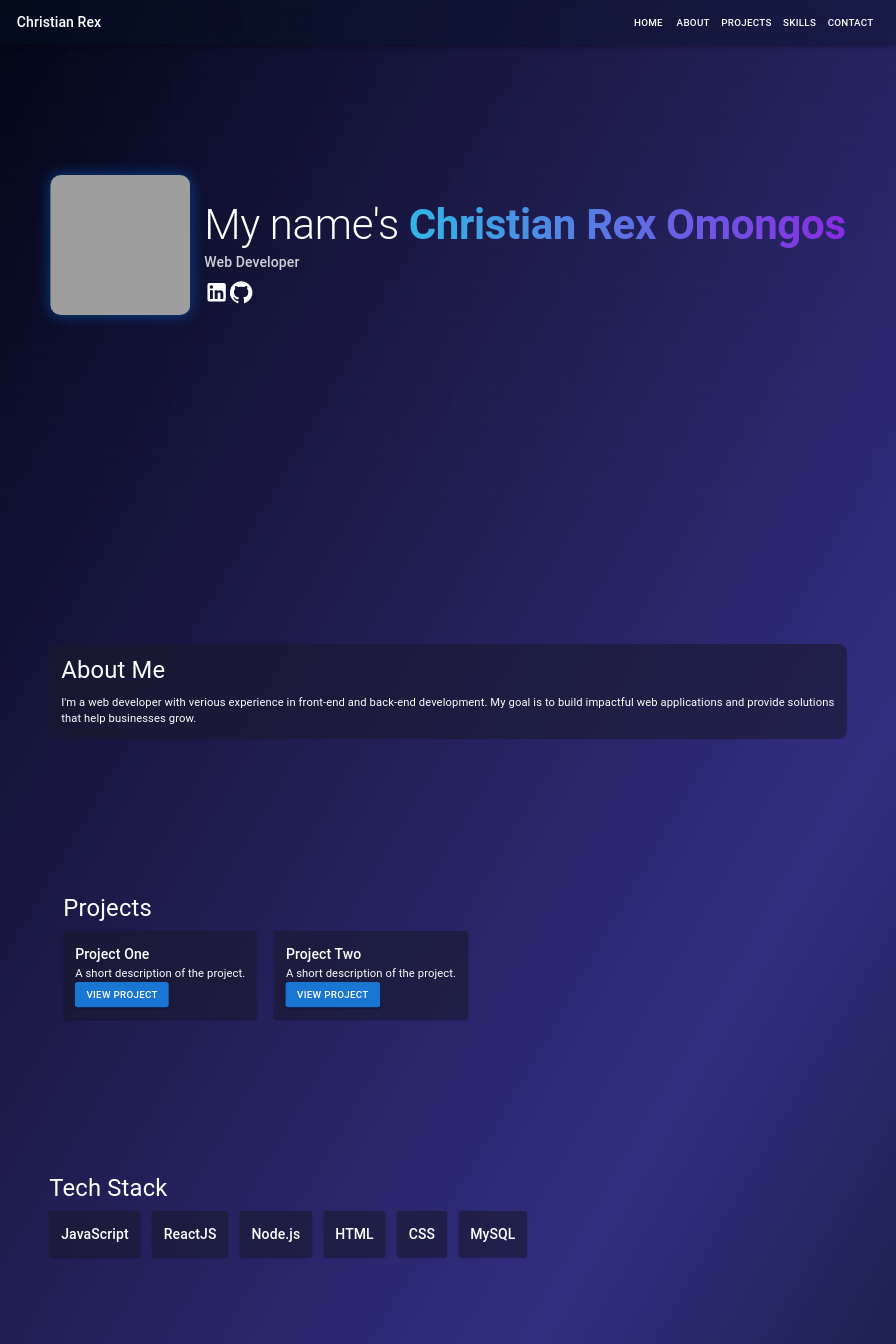
Repository: mikeshadowcoder/myWeb
Page: /
These files come from the project's save history. The page is drawn as it stood at one moment and after a run of saves; the edit follows.
The browser window is 1280 px wide. The pictures show the part of the page from y = 0 to 1920 px (the page is 2643 px tall), at 70% of full size.
Pictures or frames that could not be fetched are drawn as grey boxes. The project was rebuilt for these pictures with package versions that can differ from the ones it lists, and the page was loaded fresh each time.

Above is the page before, as saved 2026-01-21 20:55:59.

### src/index.js
import React from 'react';
import ReactDOM from 'react-dom/client';
import './index.css';
import App from './App';
import 'bootstrap/dist/css/bootstrap.min.css';
import "./styles/global.css";

const root = ReactDOM.createRoot(document.getElementById('root'));
root.render(
  <React.StrictMode>
    <App />
  </React.StrictMode>
);

### src/App.js
import React, {useRef} from 'react';
//import { BrowserRouter as Router, Route, Routes } from 'react-router-dom';
import Header from './components/Header';
import Home from './components/Home';
import AboutMe from './components/AboutMe';
import Content from './components/Content';
import Skills from './components/Skills';
import Contact from './components/Contact';
import Footer from './components/Footer';
import Box from '@mui/material/Box';
import BackgroundShapes from './components/BackgroundShapes'


const App = () => {
  const homeRef = useRef(null);
  const aboutRef = useRef(null);
  const contentRef = useRef(null);
  const skillsRef = useRef(null);
  const contactRef = useRef(null);

  // Function to handle smooth scrolling
  const scrollToSection = (ref) => {
    const headerOffset = 200; // Adjust based on your AppBar height (default MUI AppBar is ~64px)
    const elementPosition = ref.current.getBoundingClientRect().top + window.scrollY;
    const offsetPosition = elementPosition - headerOffset;

    window.scrollTo({
      top: offsetPosition,
      behavior: "smooth",
    });
  };


  return (
    <div>
      {/* Pass the scroll function to Header for navigation */}
      <BackgroundShapes/>
      <Header
        onScrollToSection={{
          home: () => scrollToSection(homeRef),
          about: () => scrollToSection(aboutRef),
          content: () => scrollToSection(contentRef),
          skills: () => scrollToSection(skillsRef),
          contact: () => scrollToSection(contactRef),
        }}
      />
      <Box sx={{
        maxWidth: "89%",
        margin: "auto",
        // border: "2px solid red"
      }}>
       {/* Sections with attached refs */}
      <section ref={homeRef}>
        <Home />
      </section>

       <section ref={aboutRef}>
        <AboutMe />
      </section>

      <section ref={contentRef}>
        <Content />
      </section>

      <section ref={skillsRef}>
        <Skills />
      </section>

      <section ref={contactRef}>
        <Contact />
      </section>
      </Box>
      <section>
        <Footer/>
      </section>
    </div>
  );
};

export default App;

### src/styles/global.css
body {
    min-height: 100vh;
    background:
      linear-gradient(120deg, #020617, #1e1b4b, #312e81, #0f172a);
    background-size: 100% 100%;
    color: white;
    margin: 0;
    padding: 0;
    font-family: 'Arial', sans-serif;
  }


.gradient-text {
  background: linear-gradient(90deg, rgb(50, 182, 230), rgb(138, 43, 226)); /* Customize here */
  -webkit-background-clip: text;
  background-clip: text;
  -webkit-text-fill-color: transparent;
  color: transparent;
}

### src/components/Header.js
import React from 'react';
import { AppBar, Toolbar, Typography, Button } from '@mui/material';
import "../styles/header.css";
//import { Link } from 'react-router-dom';

const Header = ({onScrollToSection}) => {
  return (
    <AppBar className="header">
      <Toolbar>
        <Typography variant="h6" sx={{flexGrow:1}}>
          Christian Rex
        </Typography>
        <Button color="inherit" onClick={onScrollToSection.home}>Home</Button>
        <Button color="inherit" onClick={onScrollToSection.about}>About</Button>
        <Button color="inherit" onClick={onScrollToSection.content}>Projects</Button>
        <Button color="inherit" onClick={onScrollToSection.skills}>Skills</Button>
        <Button color="inherit" onClick={onScrollToSection.contact}>Contact</Button>
      </Toolbar>
    </AppBar>
  )
};

export default Header;

### src/components/Home.js
import React from "react";
import { Box, Typography, Button } from "@mui/material";
import LinkedInIcon from "@mui/icons-material/LinkedIn";
import GitHubIcon from "@mui/icons-material/GitHub";
// import FacebookIcon from "@mui/icons-material/Facebook";
import profilePic from "../assets/images/profilePic.jpg";

const Home = () => {
  return (
    <Box
      sx={{
        display: "flex",
        alignItems: "center",
        justifyContent: "center",
        minHeight: "100vh",
        color: "white",
        width: "100%",
        textAlign: "center",
      }}
    >
      <Box
        sx={{
          display: "flex",
          alignItems: "center",
          gap: "20px", // Space between image and text
          flexWrap: "wrap", // Ensures responsiveness
        }}
      >
      {/* Profile Image */}
      <Box
        component="img"
        src={profilePic} //Profile Picture
        alt="Profile"
        sx={{
          width: "200px",
          height: "200px",
          borderRadius: "15px",
          boxShadow: "0 0 20px rgba(0, 123, 255, 0.5)",
          marginBottom: "20px",
          objectFit: "cover"
        }}
      />

      {/* Text Section */}
      <Box sx={{ textAlign: "left"}}>
        <Typography variant="h2">
          My name's {" "}
          <Typography variant="h2" component="span" className="gradient-text" sx={{ fontWeight: "bold" }}>Christian Rex Omongos</Typography>
        </Typography>

        <Typography variant="h6" sx={{ marginBottom: "10px", opacity: 0.8 }}>
          Web Developer
        </Typography>

        {/* Social Media Icons */}
        <Box sx={{ display: "flex",}}>
          <Button href="https://linkedin.com/in/christianrex/" target="_blank" sx={{ color: "white", minWidth: 0, padding: 0 }}>
            <LinkedInIcon fontSize="large" />
          </Button>
          <Button href="https://github.com/mikeshadowcoder" target="_blank" sx={{ color: "white", minWidth: 0, padding: 0 }}>
            <GitHubIcon fontSize="large" />
          </Button>
        </Box>
      </Box>
    </Box>
  </Box>
  );
};

export default Home;

### src/components/AboutMe.js
import React from 'react';
import { Typography, Box } from '@mui/material';
import "../styles/boxStyling.css"

const AboutMe = () => {

  return (
    <Box sx={{ mt: 25, mb: 25, width: "100%" }}>
      <Box className="box-container">
        <Typography variant="h4" gutterBottom>About Me</Typography>
          <Typography>
            I'm a web developer with verious experience in front-end and back-end development.
            My goal is to build impactful web applications and provide solutions that
            help businesses grow.
          </Typography>
      </Box>
    </Box>
  );
};

export default AboutMe;

### src/components/Content.js
import React from 'react';
import { Grid2, Paper, Typography, Button, Box } from '@mui/material';
// import MacWindowHeader from './UI/MacWindowHeader';
import "../styles/boxStyling.css";

const Content = () => {
  const projects = [
    {
      title: 'Project One',
      description: 'A short description of the project.',
      link: 'https://github.com/your-repo/project-one',
    },
    {
      title: 'Project Two',
      description: 'A short description of the project.',
      link: 'https://github.com/your-repo/project-two',
    },
    // Add more projects here
  ];

  return (
  <Box>
    {/* <MacWindowHeader/> */}
    <Box sx={{ padding: "20px"}}>

        <Typography variant="h4" gutterBottom>Projects</Typography>
        <Grid2 container spacing={3}>
          {projects.map((project, index) => (
            <Grid2 item xs={12} sm={6} key={index}>
              <Paper className='box-container' sx={{ padding: 2, bgcolor: 'rgba(26, 26, 46, 0.6)', color: 'rgba(255, 255, 255, 1)'}}>
                <Typography variant="h6">{project.title}</Typography>
                <Typography>{project.description}</Typography>
                <Button variant="contained" href={project.link} target="_blank">
                  View Project
                </Button>
              </Paper>
            </Grid2>
          ))}
        </Grid2>

    </Box>
  </Box>
  );
};

export default Content;

### src/components/Skills.js
import React from 'react';
import { Grid2, Paper, Typography, Box } from '@mui/material';
import "../styles/boxStyling.css"

const Skills = () => {
  const skills = ['JavaScript', 'ReactJS', 'Node.js', 'HTML', 'CSS', 'MySQL'];

  return (
    <Box sx={{ mt: 25, width: "100%", }}>
      <Typography variant="h4" gutterBottom >Tech Stack</Typography>
      <Box> {/* REDUNDANT might remove later*/}
      <Grid2 container spacing={2} >
        {skills.map((skill, index) => (
          <Grid2 item xs={12} sm={6} md={4} key={index}>
            <Paper className="box-container" sx={{ padding: 2, textAlign: 'center', bgcolor: 'rgba(26, 26, 46, 0.6)', color: 'rgba(255, 255, 255, 1)' }}>
              <Typography variant="h6">{skill}</Typography>
            </Paper>
          </Grid2>
        ))}
      </Grid2>
      </Box>

    </Box>
  );
};

export default Skills;

### src/components/Contact.js
import React, { useState } from 'react';
import { Typography, TextField, Button, Box, Alert } from '@mui/material';
import "../styles/boxStyling.css"

const Contact = () => {
  const [success, setSuccess] = useState(false);
  const [error, setError] = useState(false);

  const handleSubmit = async (event) => {
    event.preventDefault();
    setError(false);
    setSuccess(false);

    const formData = new FormData(event.target);

    try {
      const response = await fetch("https://formsubmit.co/bufferingupbruh1994@gmail.com", {
        method: "POST",
        body: formData,
      });

      if (response.ok) {
        setSuccess(true);
        event.target.reset(); // Reset the form after success
        setTimeout(() => setSuccess(false), 5000);
      } else {
        setError(true);
        setTimeout(() => setError(false), 5000);

      }
    } catch (err) {
      setError(true);
      setTimeout(() => setError(false), 5000);
    }
  }


  return (
    <Box
    sx={{
      p: 4,
      mt: 25,
      mb: 10
    }}
    >
      <Typography variant="h4" gutterBottom>Contact Me</Typography>
      <Box className="box-container" >
        {/* Success Message */}
        {success && <Alert severity="success">Message sent</Alert>}
        {error && <Alert severity="error">Failed to send message. Please try again.</Alert>}
        <form onSubmit={handleSubmit}>

          <input type="hidden" name="_captcha" value="false" />

          {/*Subject*/}
          <TextField
          label="Subject"
          name="Subject"
          fullWidth
          margin="normal"
          required
          slotProps={{inputLabel: { style: { color: "white" } } }} // Make label white
          sx={{
            input: { color: "white" },
            "& .MuiOutlinedInput-root": {
              "& fieldset": { borderColor: "white" }, // Border color
              "&:hover fieldset": { borderColor: "#ccc" }, // Hover effect
              },
            }}
          />

          {/*Email*/}
          <TextField label="Your Email"
          name="Email"
          type="email"
          fullWidth
          margin="normal"
          required
          slotProps={{inputLabel: { style: { color: "white" } } }} // Make label white
          sx={{
            input: { color: "white" },
            "& .MuiOutlinedInput-root": {
              "& fieldset": { borderColor: "white" }, // Border color
              "&:hover fieldset": { borderColor: "#ccc" }, // Hover effect
              },
            }}
          />

          {/*Message*/}
          <TextField label="Your Message"
          name="Message"
          fullWidth
          multiline
          rows={4}
          margin="normal"
          slotProps={{inputLabel: { style: { color: "white" } } }} // Make label white
          sx={{
            "& textarea": {color: "white"},
            "& .MuiOutlinedInput-root": {
              "& fieldset": { borderColor: "white" }, // Border color
              "&:hover fieldset": { borderColor: "#ccc" }, // Hover effect
              },
            }}
          />
          <Button type="submit" variant="contained" sx={{ mt: 2 }}>Send Message</Button>
        </form>
        </Box>
    </Box>
  );
};

export default Contact;

### src/components/Footer.js
import React from 'react';
import { Box, Typography } from "@mui/material";


const Footer = () => {
    return (
        <Box
            sx={{
                width: "100%",
                color: "white",
                textAlign: "center",
                mt: 4,
                mb: 2,
                borderTop: "1px solid rgba(255, 255, 255, 0.08)",
                pt: 2,
            }}
        >
            <Typography variant="body2" sx={{ color: " rgba(255, 255, 255, 0.5) "}}>
                © {new Date().getFullYear()} Christain Rex Omongos. All Rights Reserved.
            </Typography>
        </Box>
    )
}

export default Footer;

### src/components/BackgroundShapes.js
import React from "react";
import "../styles/background.css"; // Import styles

const BackgroundShapes = () => {
  return (
    <>
    <div className="grid-container">
      {/* <svg class="bg" viewBox="0 0 100 100" preserveAspectRatio="xMidYMid slice">
        <defs>
          <linearGradient id="g1">
            <stop offset="0%" stop-color="#7c3aed"/>
            <stop offset="100%" stop-color="#22d3ee"/>
          </linearGradient>
        </defs>
        <circle cx="30" cy="40" r="35" fill="url(#g1)" opacity="0.25" />
      </svg> */}
      <div className="gradient-blobs" />
    </div>
    </>
  );
};

export default BackgroundShapes;

### src/styles/header.css
.header {
  position: sticky;
  scroll-behavior: smooth;
  background-color: rgba(5, 19, 35, .4) !important;
  backdrop-filter: blur(80px);
  color: #ffffff !important;
  /* z-index: 1200 !important; */
  overflow: hidden;
}

### src/styles/boxStyling.css
.box-container {
    width: 100%;
    /* height: 400px; */
    padding: 16px;
    border-radius: 12px;
    border: 1px solid transparent;
    /* background: linear-gradient(to bottom right, rgba(26, 26, 46, 0.6), rgba(22, 33, 62, 0.6)); */
    background: rgba( 26, 26, 46, 0.6);
    transition: border 0.3s ease-in-out, box-shadow 0.3s ease-in-out;
  }

  .box-container:hover {
    border: 1px solid #3b82f6;
    box-shadow: 0px 0px 10px rgba(59, 130, 246, 0.5);
  }

  /* .test {
    color: rgb(99, 102, 241);
    background-image: linear-gradient(45deg, rgb(99, 102, 241) 10%, rgb(168, 85, 247) 93%);
    background-clip: text;
    -webkit-text-fill-color: transparent;
    font-weight: 800 !important;
  } */

### src/styles/background.css
/* Background Shapes and Grid Overlay */
.grid-container{
  position: fixed;
  top: 0;
  left: 0;
  width: 100%;
  height: 100%;
  background-image:
    linear-gradient(rgba(255, 255, 255, 0.04) 1px, transparent 1px),
    linear-gradient(90deg, rgba(255, 255, 255, 0.04) 1px, transparent 1px);
  background-size: 25px 25px; /* Grid spacing */
  opacity: 0.3;
  z-index: -1;
  pointer-events: none;
}

Loaded but not shown: public/index.html (common file); src/index.css (common file)

After the next 2 saves:
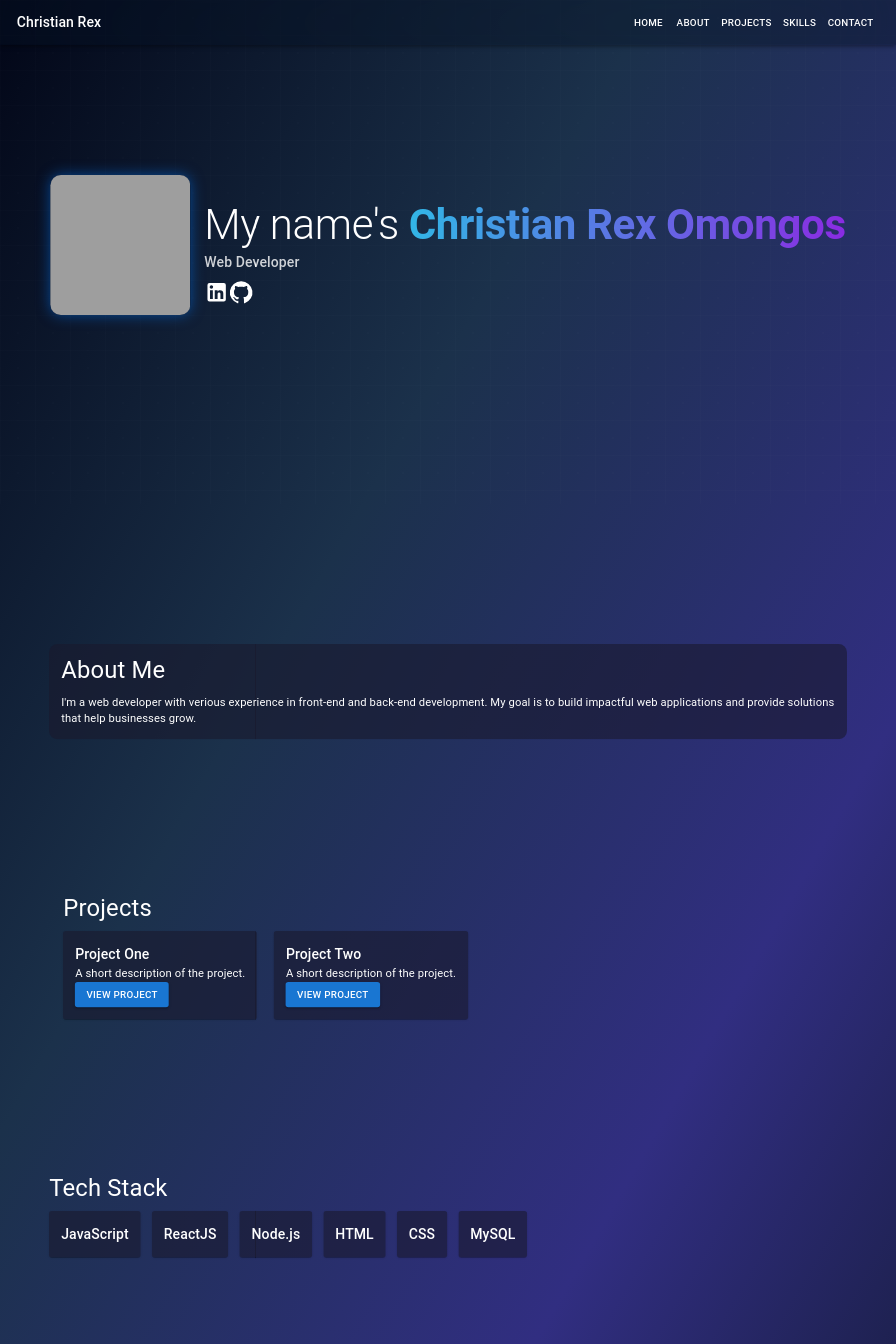
The 2 saves are shown as one change because they came seconds apart.
The last was saved 32 s later.
--- a/src/styles/global.css
+++ b/src/styles/global.css
@@ -1,7 +1,7 @@
 body {
     min-height: 100vh;
     background:
-      linear-gradient(120deg, #020617, #1e1b4b, #312e81, #0f172a);
+      linear-gradient(120deg, #020617, #1b314b, #312e81, #0f172a);
     background-size: 100% 100%;
     color: white;
     margin: 0;
